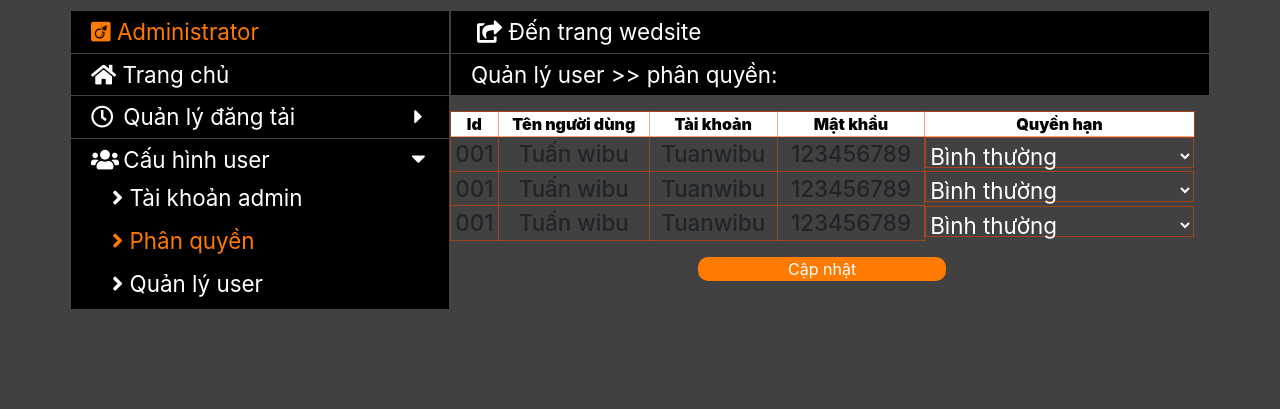
Repository: SonNguyen892002/Lau-Dai-Code
Page: http://localhost/wed-jdbc-1-2023/views/admin/phanquyen.jsp
An editor plug-in stored every save of this project. The page is shown before and after the next save, followed by the edit.
The browser window is 1280 px wide. The pictures show the whole page.
The page is served by Tomcat 9.

Above is the page before, as saved 2022-01-16 04:46:33.

After the next save:
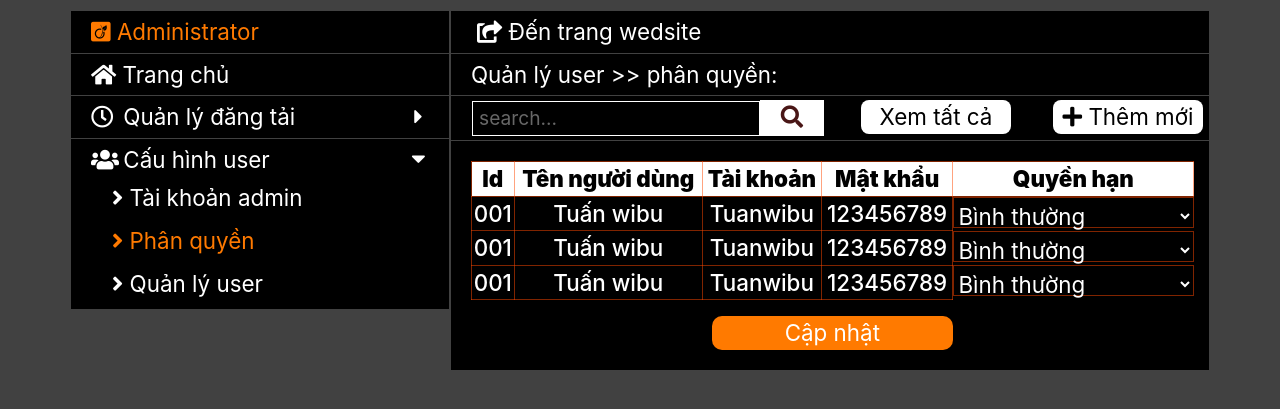
Saved 102 s later.
--- a/workspace/wed-jdbc-1-2023/src/main/webapp/views/admin/phanquyen.jsp
+++ b/workspace/wed-jdbc-1-2023/src/main/webapp/views/admin/phanquyen.jsp
@@ -1,6 +1,36 @@
 <%@ page language="java" contentType="text/html; charset=UTF-8"
 	pageEncoding="UTF-8"%>
 <%@ include file="header.jsp"%>
+
+<div class="black p2">
+
+	<div class="row center">
+		<div class="col-xl-6">
+			<form action="#" method="">
+				<div class="row center">
+					<div class="col-xl-9 p0">
+						<input type="text" placeholder="search..." class="p3">
+					</div>
+					<div class="col-xl-2 p0 white ct">
+						<i class="fas fa-search"></i>
+					</div>
+				</div>
+			</form>
+		</div>
+
+		<div class="col-xl-3">
+			<a href="#" class="backgr ct">Xem tất cả</a>
+		</div>
+
+		<div class="col-xl-3">
+			<a href="#" class="backgr ct"><i class="fas fa-plus"></i> Thêm
+				mới</a>
+		</div>
+	</div>
+
+</div>
+
+<div class="black p2">
 
 <table class="mt mb ">
 	<tr>
@@ -56,6 +86,7 @@
 	</div>
 </div>
 </table>
+</div>
 
 <script>
 	const btnA = document.querySelector('.t');
